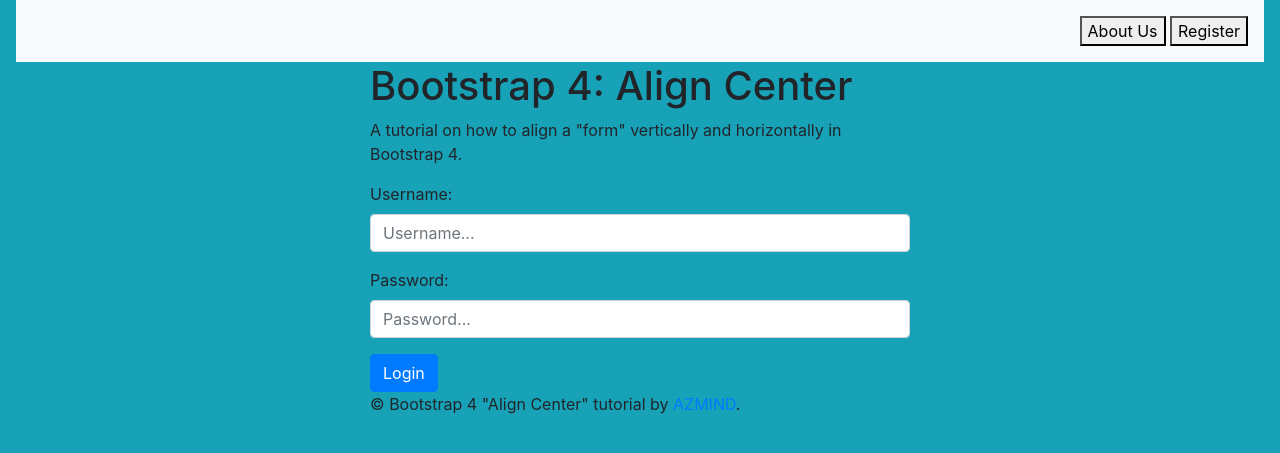
Repository: rodwestmoreland/1150
Page: registrationForm/index.html
These files come from the project's save history. The page is drawn as it stood at one moment and after the next save; the edit follows.
The browser window is 1280 px wide. The pictures show the whole page.

Above is the page before, as saved 2021-01-25 14:55:10.

### registrationForm/index.html
<!DOCTYPE html>
<html lang="en">
<head>
    <meta charset="UTF-8">
    <meta name="viewport" content="width=device-width, initial-scale=1.0,  shrink-to-fit=no">
    <title>Registration</title>
    <link rel="stylesheet" href="https://stackpath.bootstrapcdn.com/bootstrap/4.3.1/css/bootstrap.min.css" integrity="sha384-ggOyR0iXCbMQv3Xipma34MD+dH/1fQ784/j6cY/iJTQUOhcWr7x9JvoRxT2MZw1T" crossorigin="anonymous">
    <link rel="stylesheet" href="style.css">

</head>
<nav class="bg-light p-3 ml-3 mr-3 text-right">
    <button>About Us    </button>
    <button>Register    </button>
</nav>
<body class="bg-info">

<div class="container h-100">
    <div class="row h-100 justify-content-center align-items-center">
        <div class="col-10 col-md-8 col-lg-6">
            <!-- Form -->
            <form class="form-example" action="" method="post">
                <h1>Bootstrap 4: Align Center</h1>
                <p class="description">A tutorial on how to align a "form" vertically and horizontally in Bootstrap 4.</p>
                <!-- Input fields -->
                <div class="form-group">
                    <label for="username">Username:</label>
                    <input type="text" class="form-control username" id="username" placeholder="Username..." name="username">
                </div>
                <div class="form-group">
                    <label for="password">Password:</label>
                    <input type="password" class="form-control password" id="password" placeholder="Password..." name="password">
                </div>
                <button type="submit" class="btn btn-primary btn-customized">Login</button>
                <!-- End input fields -->
                <p class="copyright">&copy; Bootstrap 4 "Align Center" tutorial by <a href="https://azmind.com">AZMIND</a>.</p>
            </form>
            <!-- Form end -->
        </div>
    </div>
</div>

    <script src="https://code.jquery.com/jquery-3.3.1.slim.min.js" integrity="sha384-q8i/X+965DzO0rT7abK41JStQIAqVgRVzpbzo5smXKp4YfRvH+8abtTE1Pi6jizo" crossorigin="anonymous"></script>
    <script src="https://cdnjs.cloudflare.com/ajax/libs/popper.js/1.14.7/umd/popper.min.js" integrity="sha384-UO2eT0CpHqdSJQ6hJty5KVphtPhzWj9WO1clHTMGa3JDZwrnQq4sF86dIHNDz0W1" crossorigin="anonymous"></script>
    <script src="https://stackpath.bootstrapcdn.com/bootstrap/4.3.1/js/bootstrap.min.js" integrity="sha384-JjSmVgyd0p3pXB1rRibZUAYoIIy6OrQ6VrjIEaFf/nJGzIxFDsf4x0xIM+B07jRM" crossorigin="anonymous"></script>
  </body>
</body>
</html>

Loaded but not shown: registrationForm/style.css (no stored copy; drawn as an empty file)

After the next save:
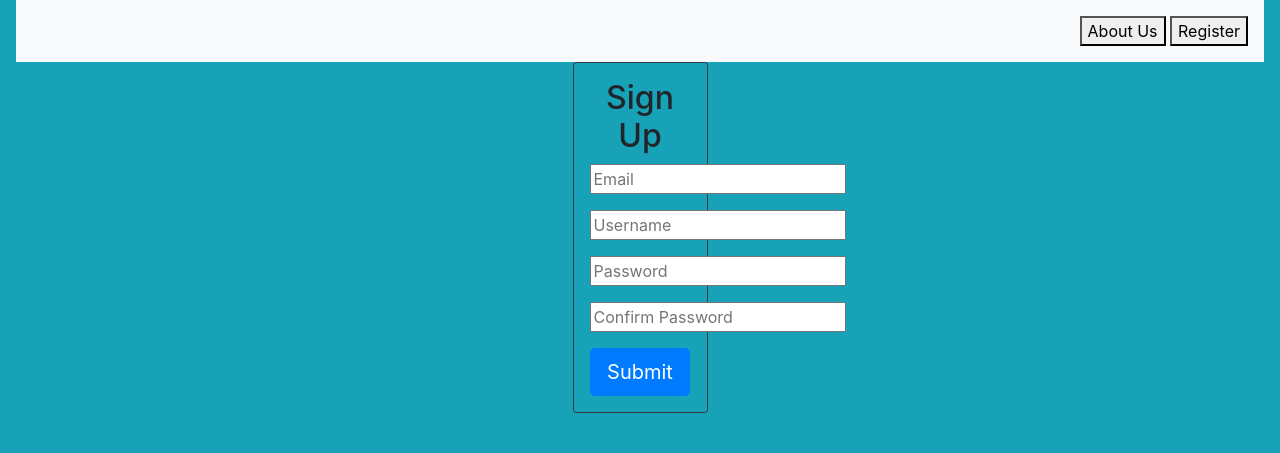
Saved 26 s later.
--- a/registrationForm/index.html
+++ b/registrationForm/index.html
@@ -14,30 +14,42 @@
 </nav>
 <body class="bg-info">
 
-<div class="container h-100">
-    <div class="row h-100 justify-content-center align-items-center">
+    <div class="container h-100">
+    <div class="row h-100 justify-content-center align-items-center  ">
         <div class="col-10 col-md-8 col-lg-6">
-            <!-- Form -->
-            <form class="form-example" action="" method="post">
-                <h1>Bootstrap 4: Align Center</h1>
-                <p class="description">A tutorial on how to align a "form" vertically and horizontally in Bootstrap 4.</p>
-                <!-- Input fields -->
-                <div class="form-group">
-                    <label for="username">Username:</label>
-                    <input type="text" class="form-control username" id="username" placeholder="Username..." name="username">
-                </div>
-                <div class="form-group">
-                    <label for="password">Password:</label>
-                    <input type="password" class="form-control password" id="password" placeholder="Password..." name="password">
-                </div>
-                <button type="submit" class="btn btn-primary btn-customized">Login</button>
-                <!-- End input fields -->
-                <p class="copyright">&copy; Bootstrap 4 "Align Center" tutorial by <a href="https://azmind.com">AZMIND</a>.</p>
-            </form>
-            <!-- Form end -->
-        </div>
+
+    <form class="bg-info m-auto text-center border w-25 p-3 border-dark rounded-sm ">
+
+
+
+        <h2>Sign Up</h2>
+
+    <div class="form-group">
+        <input type="text" id="email"    placeholder="Email">
+
+    </div>
+
+    <div class="form-group">
+        <input type="text" id="username" placeholder="Username">
+
+    </div>
+    <div class="form-group">
+
+        <input type="text" id="password" placeholder="Password">
+    </div>
+
+    <div class="form-group">
+
+        <input type="text" id="confirm"  placeholder="Confirm Password">
+    </div>
+            <button type="submit" class="btn btn-primary btn-lg" name="Submit">Submit</button>
+
+
+    </form>
+    </div>
     </div>
 </div>
+
 
     <script src="https://code.jquery.com/jquery-3.3.1.slim.min.js" integrity="sha384-q8i/X+965DzO0rT7abK41JStQIAqVgRVzpbzo5smXKp4YfRvH+8abtTE1Pi6jizo" crossorigin="anonymous"></script>
     <script src="https://cdnjs.cloudflare.com/ajax/libs/popper.js/1.14.7/umd/popper.min.js" integrity="sha384-UO2eT0CpHqdSJQ6hJty5KVphtPhzWj9WO1clHTMGa3JDZwrnQq4sF86dIHNDz0W1" crossorigin="anonymous"></script>
